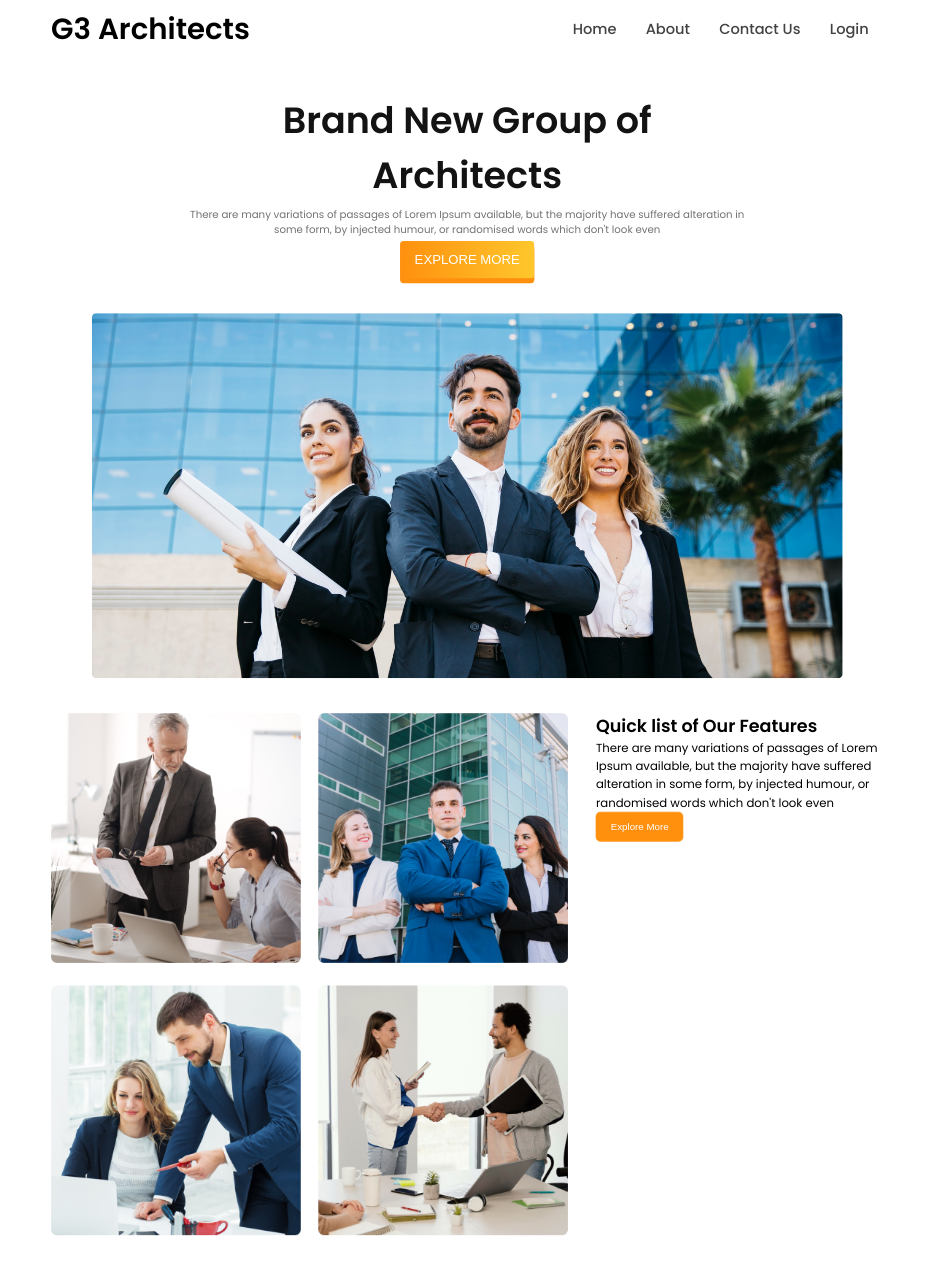
Repository: mdrubel02/G3_Architects
Page: index.html
An editor plug-in stored every save of this project. The page is shown before and after the next save, followed by the edit.
The browser window is 1280 px wide. The pictures show the whole page, at 73% of full size.

Above is the page before, as saved 2023-01-15 00:00:07.

After the next save:
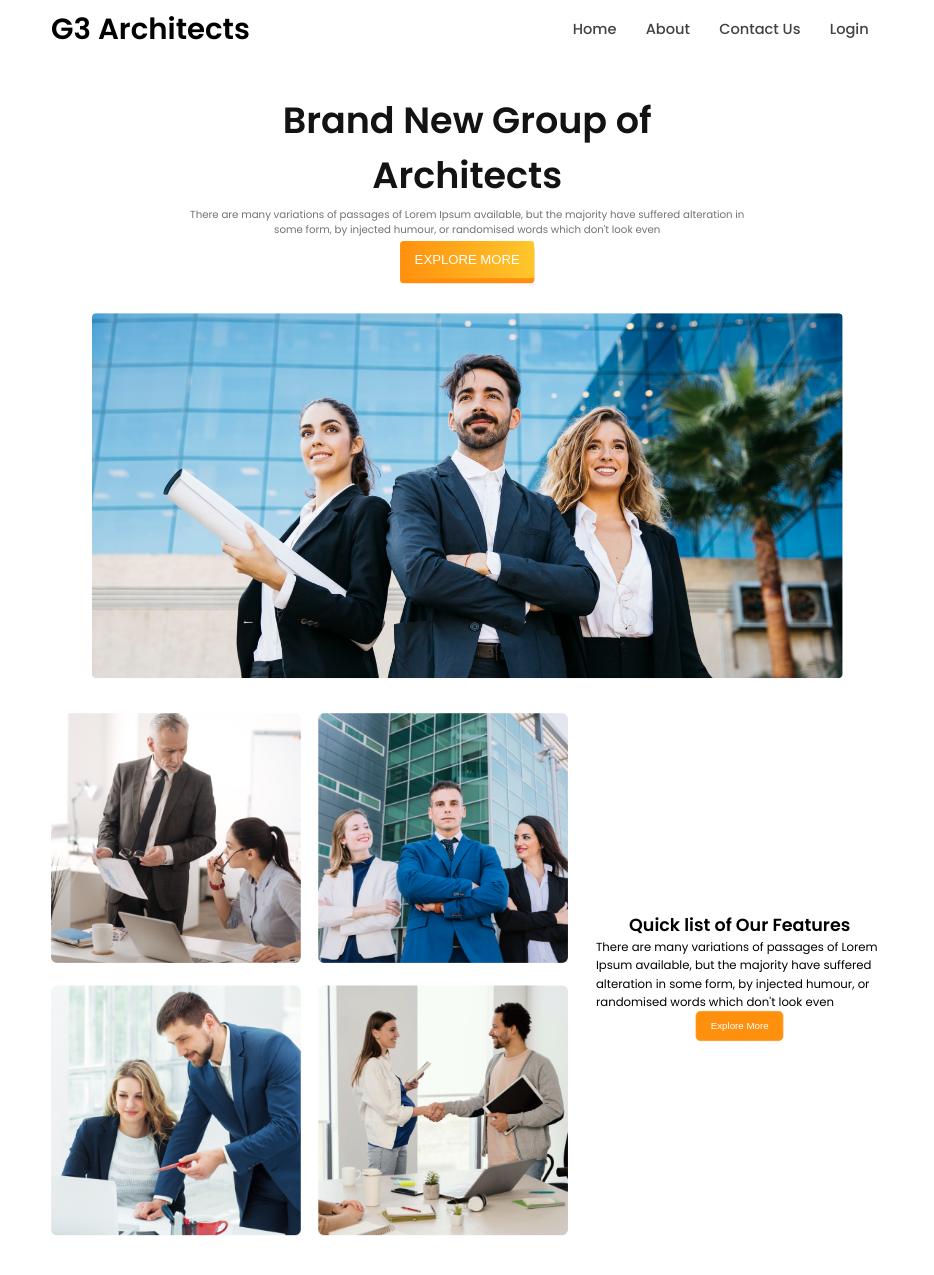
Saved 88 s later.
--- a/style.css
+++ b/style.css
@@ -146,3 +146,9 @@
     grid-template-columns: repeat(2, 1fr);
     gap: 1.5rem;
 }
+.features_right{
+    display: flex;
+    flex-direction: column;
+    justify-content: center;
+    align-items: center;
+}
